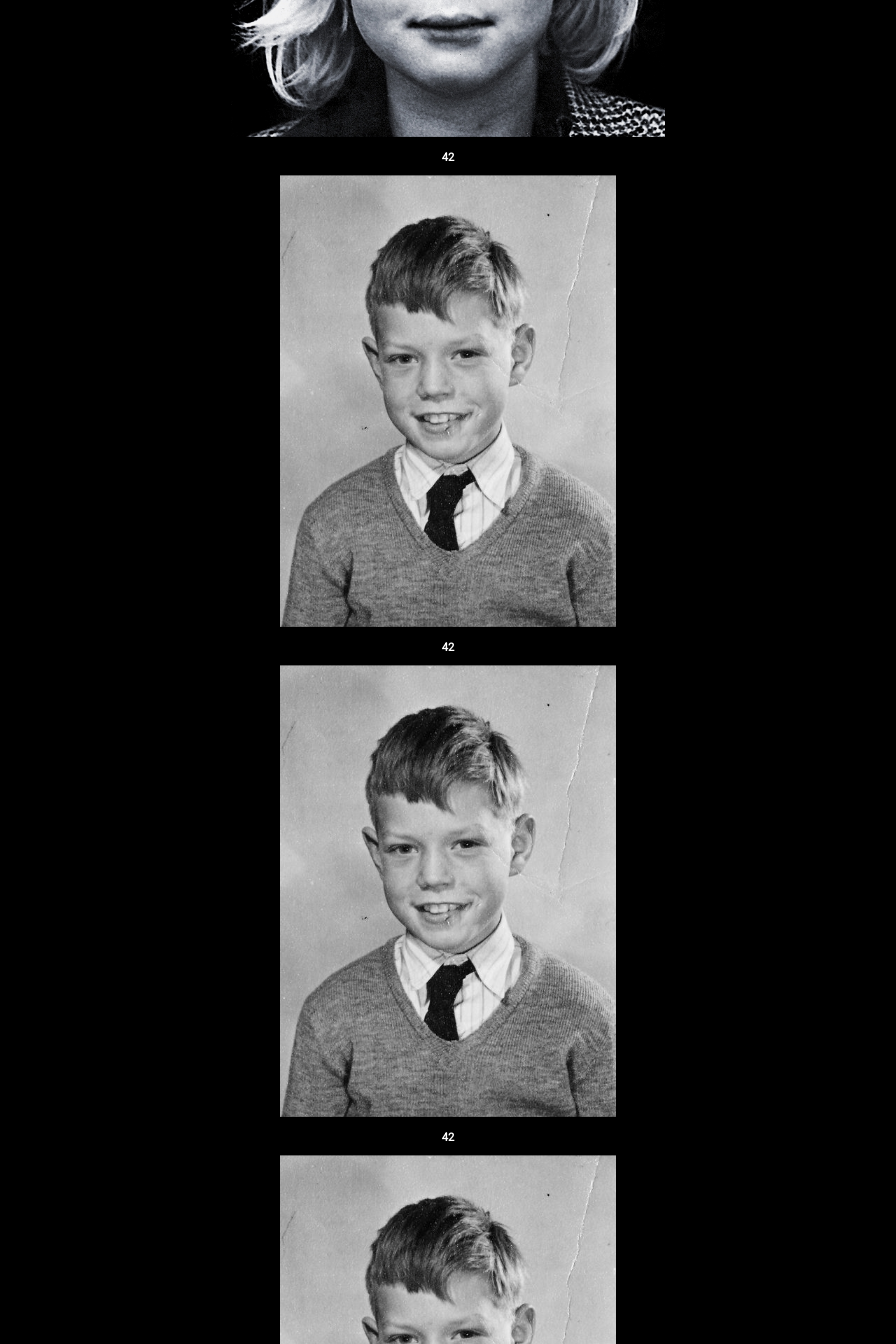
Repository: Domehead123/quiz
Page: index.html
The author's editor kept a record of every edit. The page is drawn from the files as they stood at one moment, then again after the next edit.
The browser window is 1280 px wide. The pictures show the part of the page from y = 4352 to 6272 px (the page is 8852 px tall before and 9030 px after), at 70% of full size.

Above is the page before.

After the next edit:
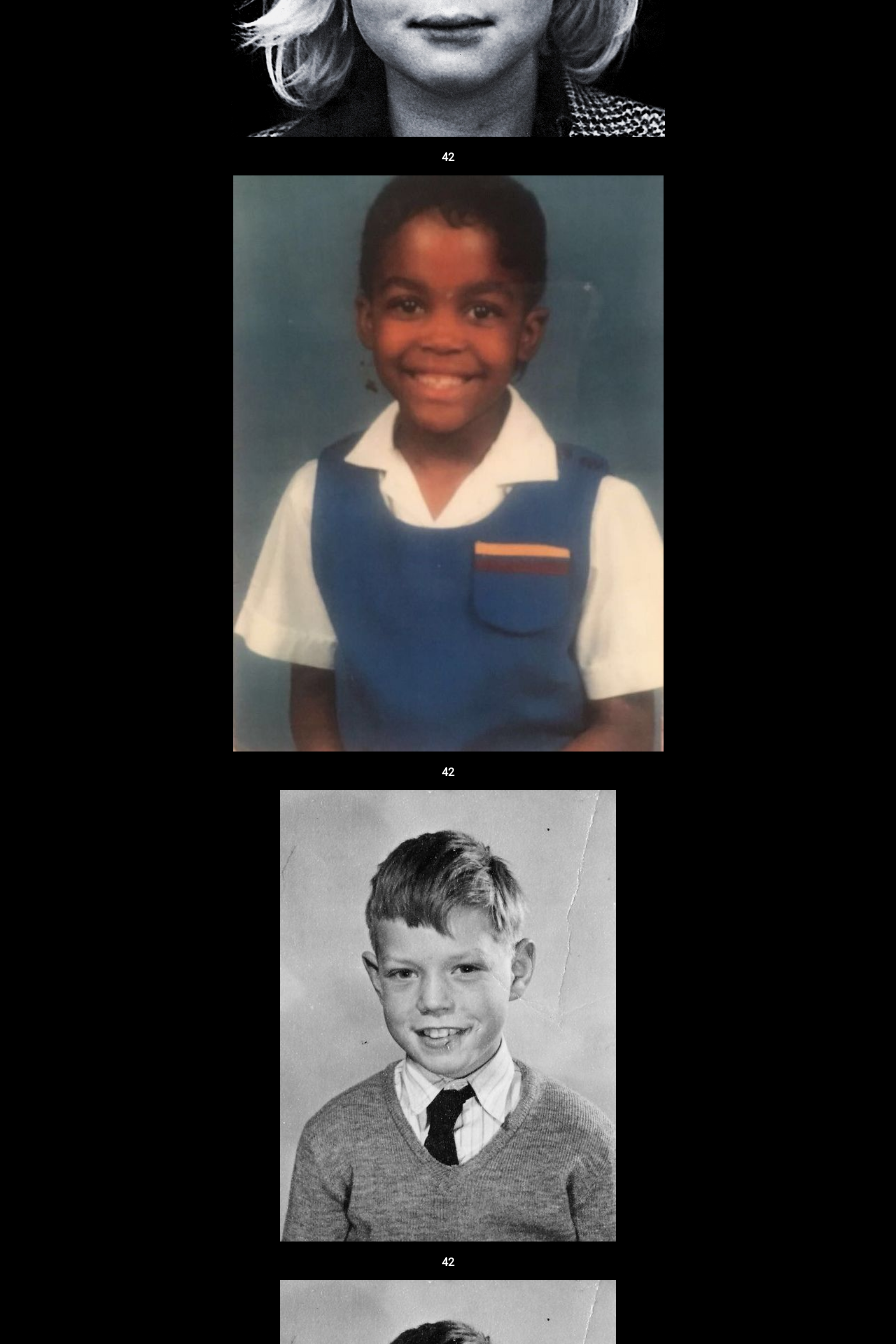
The edit:
--- a/index.html
+++ b/index.html
@@ -120,7 +120,7 @@
     <p>42</p>
 </div>
 <div class="image">
-    <img src="images/2.jpg">
+    <img src="images/4.jpg">
     <p>42</p>
 </div>
 <div class="image">
